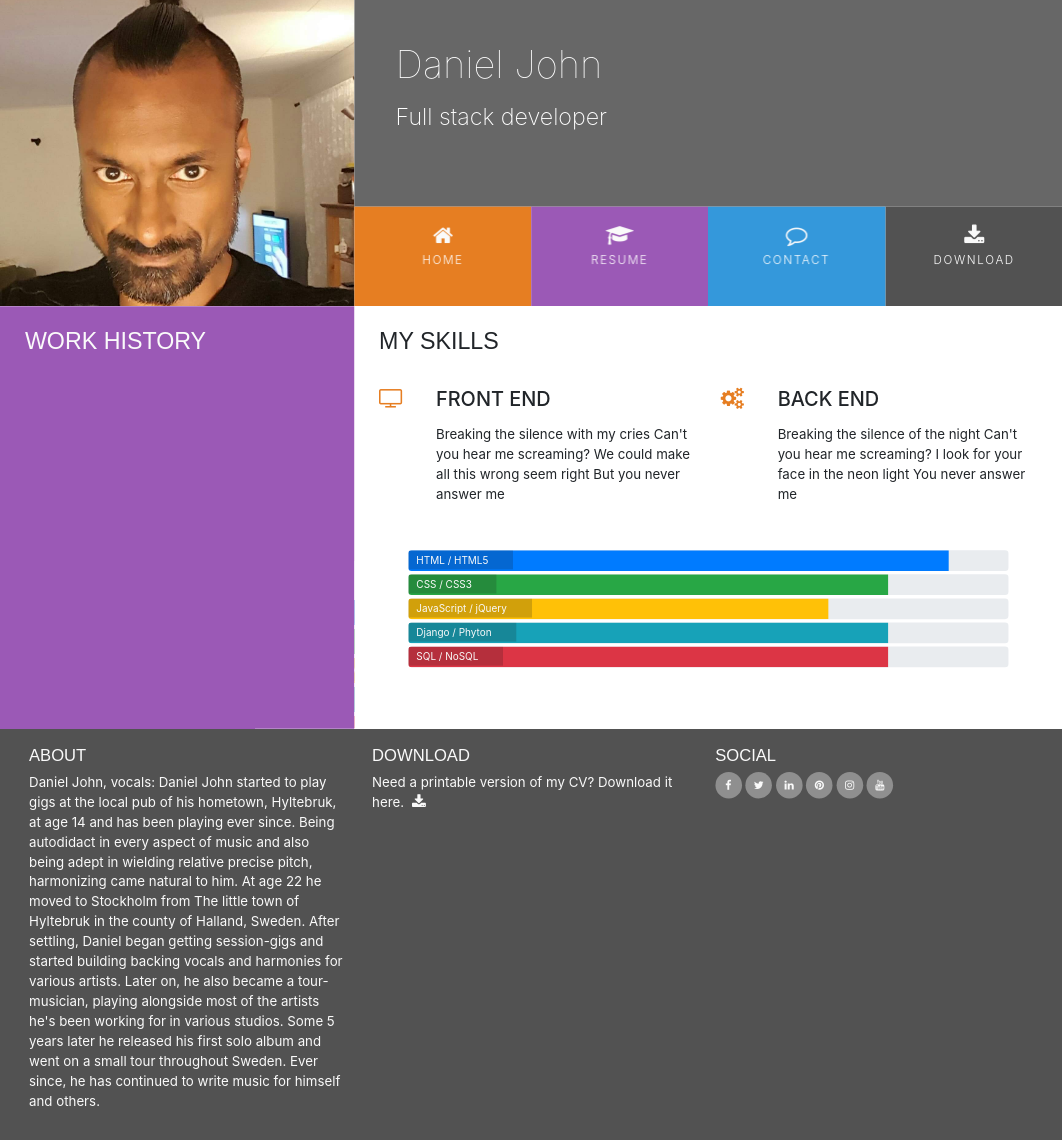
Repository: Jadehammar/initial-commit
Page: resume.html
The author's editor kept a record of every edit. The page is drawn from the files as they stood at one moment, then again after the next edit.
The browser window is 1280 px wide. The pictures show the whole page, at 83% of full size.

Above is the page before.

After the next edit:
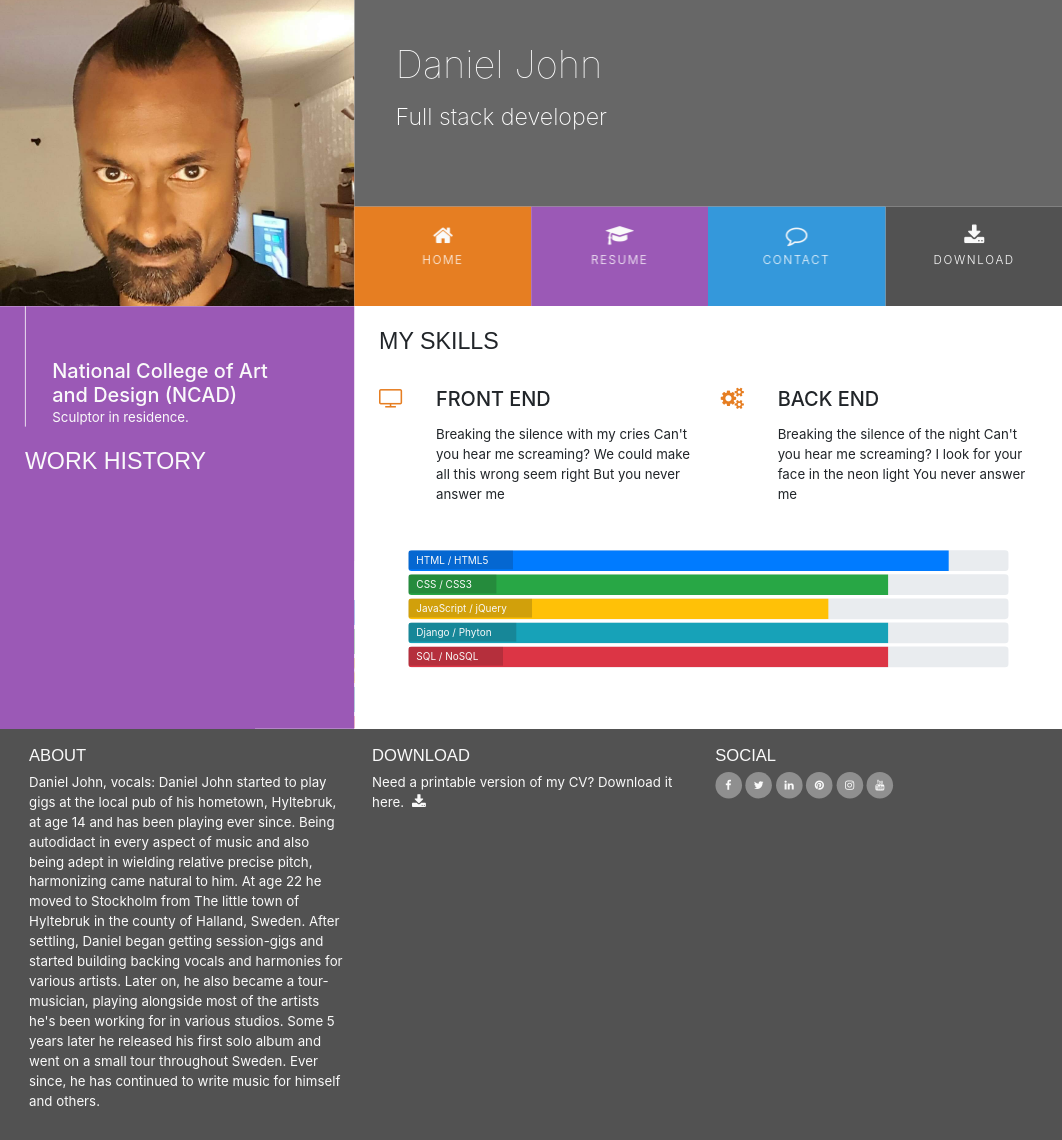
The edit:
--- a/resume.html
+++ b/resume.html
@@ -47,6 +47,10 @@
     <section class="container-fluid">
         <div class="row">
             <div class="col-md-4 bg-color-work-history section-column">
+                <div class="timeline-item" data-dates="02/1998 - 04/2004">
+                    <h4> National College of Art and Design (NCAD)</h4>
+                    <p> Sculptor in residence.</p>
+                </div>
                 <div class="row">
                     <div class="col-12">
                         <h3 class="history-heading uppercase">

After the edit that followed:
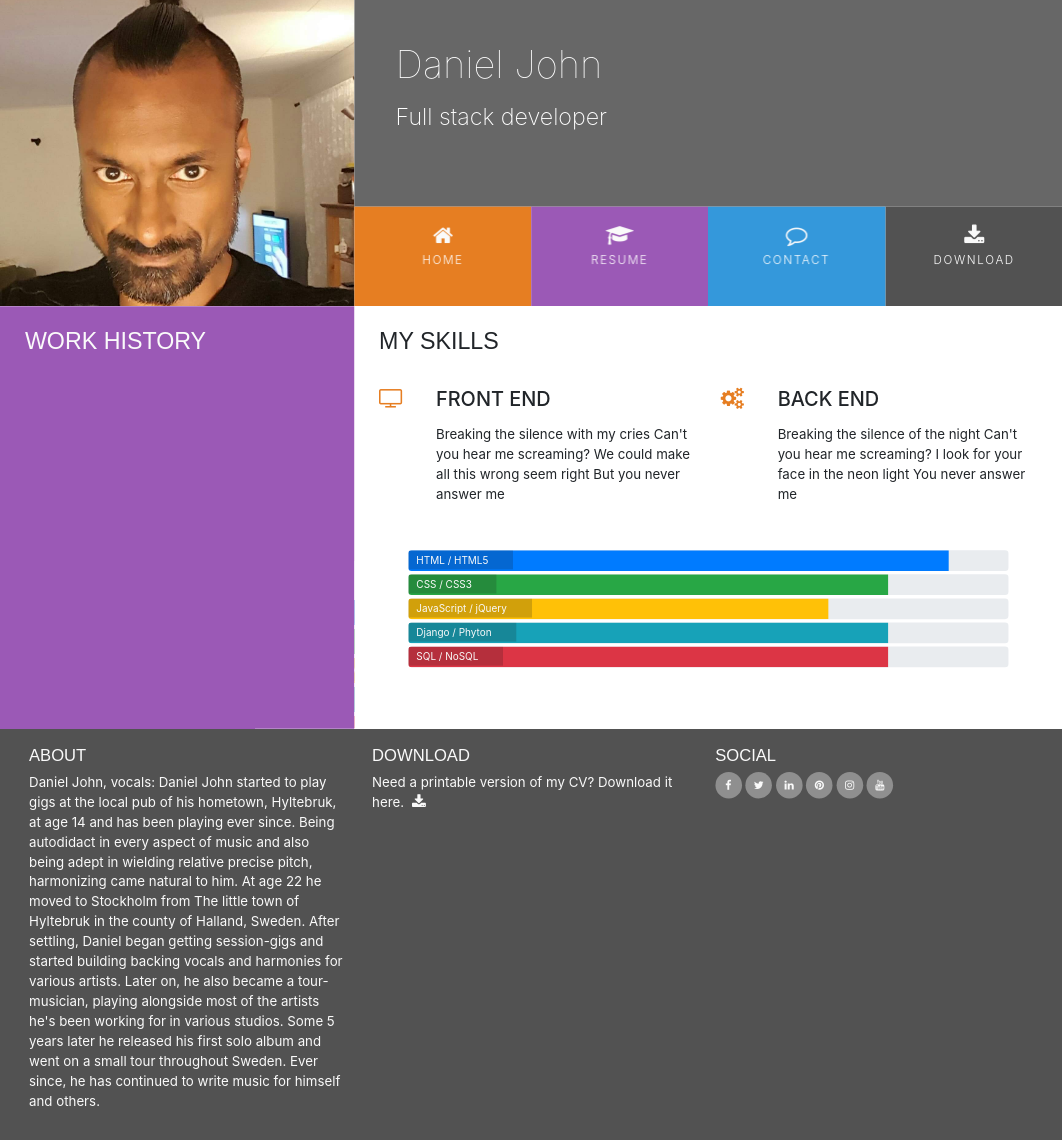
The edit:
--- a/resume.html
+++ b/resume.html
@@ -47,10 +47,6 @@
     <section class="container-fluid">
         <div class="row">
             <div class="col-md-4 bg-color-work-history section-column">
-                <div class="timeline-item" data-dates="02/1998 - 04/2004">
-                    <h4> National College of Art and Design (NCAD)</h4>
-                    <p> Sculptor in residence.</p>
-                </div>
                 <div class="row">
                     <div class="col-12">
                         <h3 class="history-heading uppercase">
